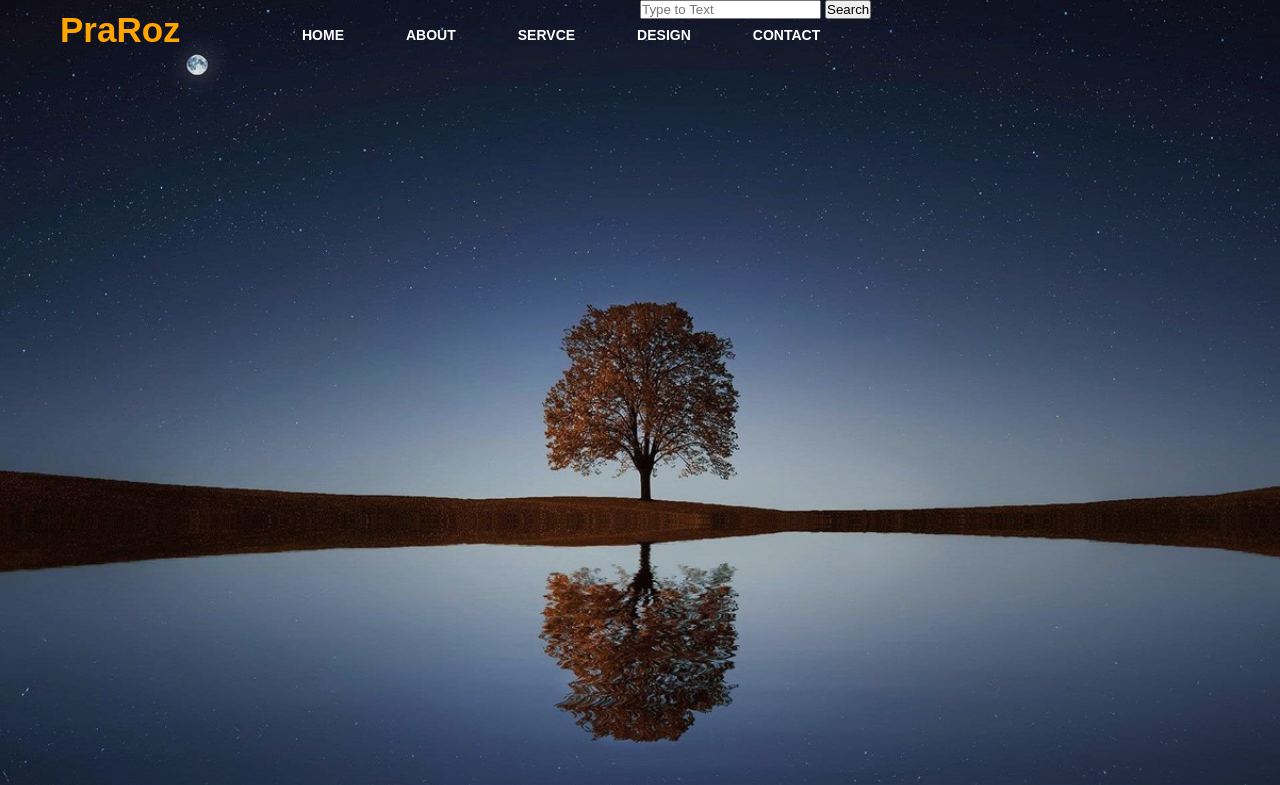
Repository: HuynhDuc23/project3
Page: index.html
These files come from the project's save history. The page is drawn as it stood at one moment and after the next save; the edit follows.
The browser window is 1280 px wide. The pictures show the whole page.

Above is the page before, as saved 2023-05-04 14:44:22.

### index.html
<html lang="en">
<head>
    <meta charset="UTF-8">
    <meta http-equiv="X-UA-Compatible" content="IE=edge">
    <meta name="viewport" content="width=device-width, initial-scale=1.0">
    <link rel="stylesheet" href="https://cdnjs.cloudflare.com/ajax/libs/font-awesome/6.4.0/css/all.min.css" integrity="sha512-iecdLmaskl7CVkqkXNQ/ZH/XLlvWZOJyj7Yy7tcenmpD1ypASozpmT/E0iPtmFIB46ZmdtAc9eNBvH0H/ZpiBw==" crossorigin="anonymous" referrerpolicy="no-referrer" />
    <link rel="stylesheet" href="style.css">
    <title>Document</title>
</head>
<body>
    <div class="main">
        <div class="navbar">
            <div class="icon">
                <h2 class="logo">PraRoz</h2>
            </div>
            <div class="menu">
                <ul>
                    <li><a href="#">HOME</a> </li>
                    <li><a href="#">ABOUT</a></li>
                    <li><a href="#">SERVCE</a></li>
                    <li><a href="#">DESIGN</a></li>
                    <li><a href="#">CONTACT</a></li>
                </ul>
            </div>
            <div class="search">
                <input type="search" class="srch" placeholder="Type to Text">
                <a href="#"><button class="btn">Search</button></a>
            </div>
        </div>
    </div>
</body>
</html>

### style.css
* {
    margin: 0;
    padding: 0;
}
.main {
    width: 100%;
    background-image: linear-gradient(to right bottom , rgba(176, 55, 55, 0),rgba(0, 0, 0, 0.286)),url("img/Project3.png");
    background-position: center;
    background-size: cover;
    background-repeat: no-repeat;
    height: 109vh;
}
.navbar
{
    width: 1200px;
    height: 75px;
    margin: auto;
    /* overflow: hidden; */
}
.icon {
    width: 200px;
    float: left;
    height: 70px;

}
.logo {
    color: orange;
    font-size: 35px;
    font-family: Arial, Helvetica, sans-serif;
    padding-left: 20px;
    float: left;
    padding-top: 10px;
}
.menu {
    width: 400px;
    height: 70px;
    float: left;
}
ul {
    float: left;
    display: flex;
    justify-content: center;
    align-items: center;
}
ul li {
    list-style: none;
     margin-left: 62px;
     margin-top: 27px;
     font-size: 14px;
}
ul li a {
    text-decoration: none;
    color: white;
    text-transform: uppercase;
    font-family: Arial, Helvetica, sans-serif;
    transition: 0.5s ease-in-out;
    font-weight: bold;

}
ul li a:hover {
    color: orange;
}

After the next save:
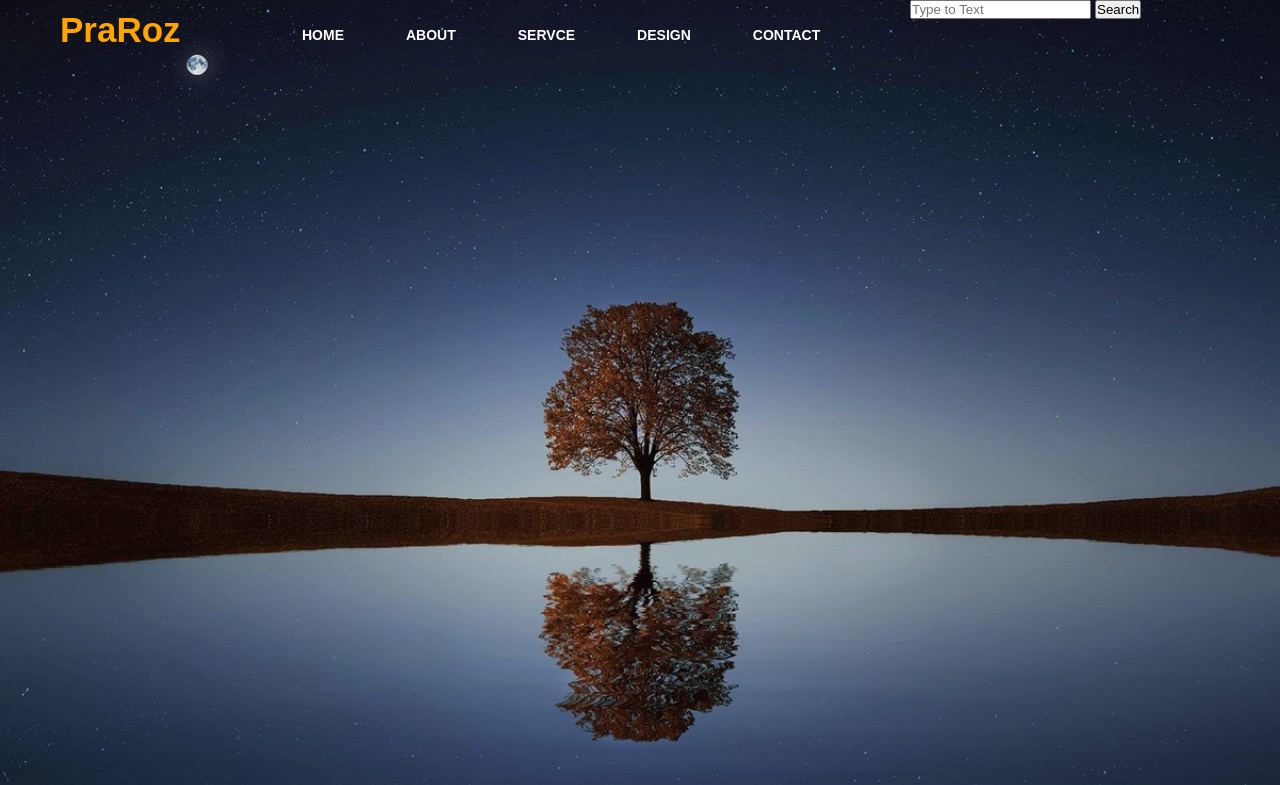
Saved 2 min 4 s later.
--- a/style.css
+++ b/style.css
@@ -60,3 +60,8 @@ ul li a {
 ul li a:hover {
     color: orange;
 }
+.search {
+    width: 330px;
+    margin-left: 270px;
+    float: left;
+}
